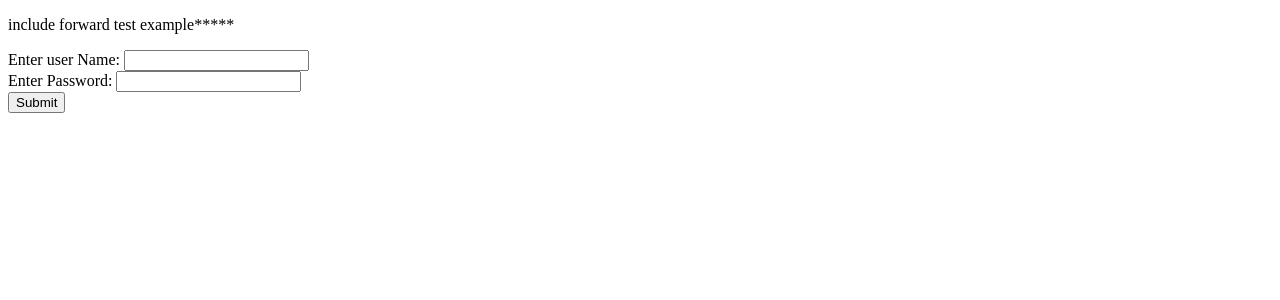
Repository: Muskan-Garg696/muskan_training
Page: WebApplicationProject1/TestFirstServlet/WebContent/Form1.html
An editor plug-in stored every save of this project. The page is shown before and after the next save, followed by the edit.
The browser window is 1280 px wide. The pictures show the whole page.

Above is the page before, as saved 2019-09-03 09:09:58.

After the next save:
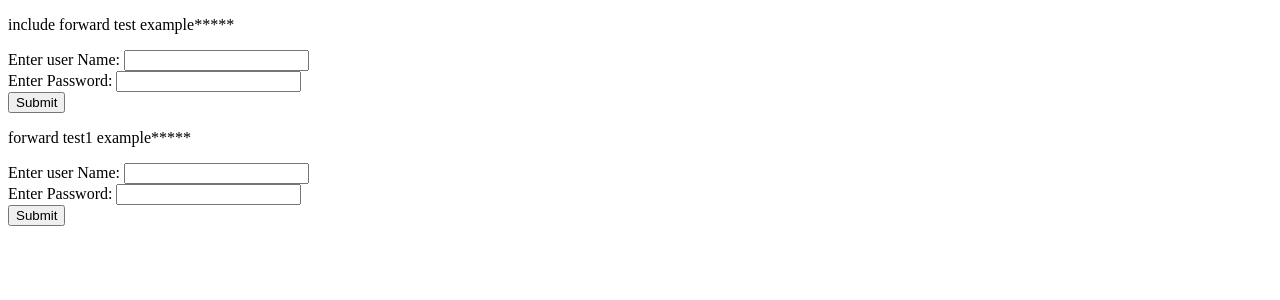
Saved 3 min 35 s later.
--- a/WebApplicationProject1/TestFirstServlet/WebContent/Form1.html
+++ b/WebApplicationProject1/TestFirstServlet/WebContent/Form1.html
@@ -7,11 +7,23 @@
 <body>
 <p>include forward test example*****
 </p>
+<form action="ForwardController "  method="post">
+Enter user Name:
+<input type="text" name="username"><br>
+Enter Password:
+<input type="password" name="pwd"><br>
+
+<input type="submit" name="login"><br>
+</form>
+
+
+<p> forward test1 example*****
+</p>
 <form action="IncludeController "  method="post">
 Enter user Name:
 <input type="text" name="username"><br>
 Enter Password:
-<input type="text" name="pwd"><br>
+<input type="password" name="pwd"><br>
 
 <input type="submit" name="login"><br>
 </form>
